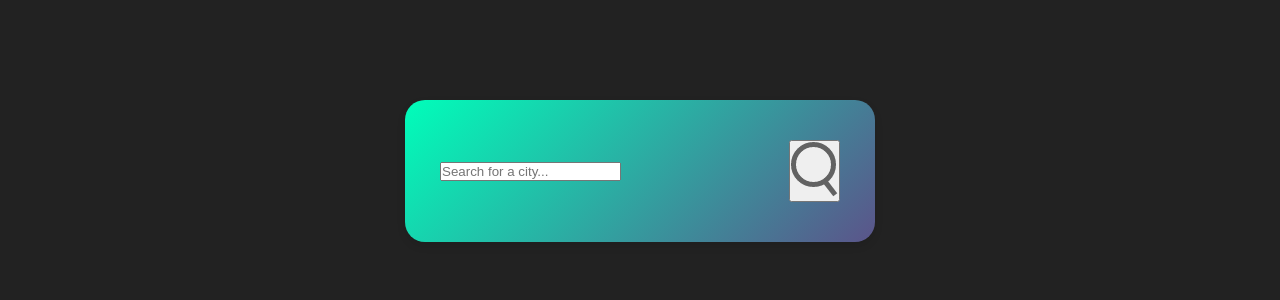
Repository: Abdelilah-Lakrim/Weather-App
Page: index.html
The author's editor kept a copy of each file at every save. The page is drawn from the files as they stood at one save, then again after a run of saves.
The browser window is 1280 px wide. The pictures show the whole page.

Above is the page before, as saved 2025-06-17 11:04:53.

### index.html
<!DOCTYPE html>
<html>
<head>
    <meta charset="UTF-8" />
    <title>Weather App</title>
    <link rel="stylesheet" href="style.css" >
</head>
<body>

    <div class="card">
        <div class="search">
            <input type="text" placeholder="Search for a city..." spellcheck="false" />
            <button><img src="images/search.png"></button>
        </div>
    </div>

</body>
</html>

### style.css
*{
    margin: 0;
    padding: 0;
    font-family: 'Poppins', sans-serif;
    box-sizing: border-box;
}
body{
    background-color: #222;
    color: #333;
}
.card{
    width: 90%;
    max-width: 470px;
    background: linear-gradient(135deg, #00feba, #5b548a);
    color: #fff;
    margin: 100px auto  0;
    padding: 40px 35px;
    border-radius: 20px;
    box-shadow: 0 4px 8px rgba(0, 0, 0, 0.1);
    overflow: hidden;
    position: relative;
    text-align: center;
}
.search{
    width: 100%;
    display: flex;
    align-items: center;
    justify-content: space-between;
}

.search input{
    border: ;

After the next 7 saves:
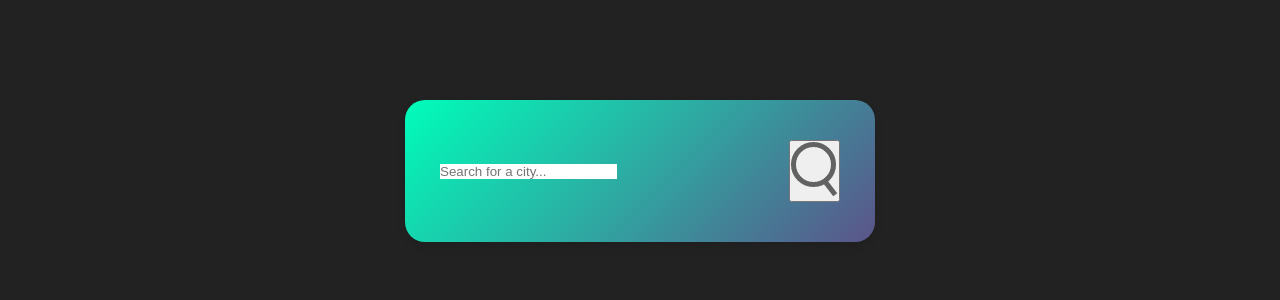
The 7 saves are shown as one change because they came seconds apart.
The last was saved 18 s later.
--- a/style.css
+++ b/style.css
@@ -29,4 +29,6 @@ body{
 }
 
 .search input{
-    border: ;
+    border: 0;
+    outline: 0;
+    background: ;
